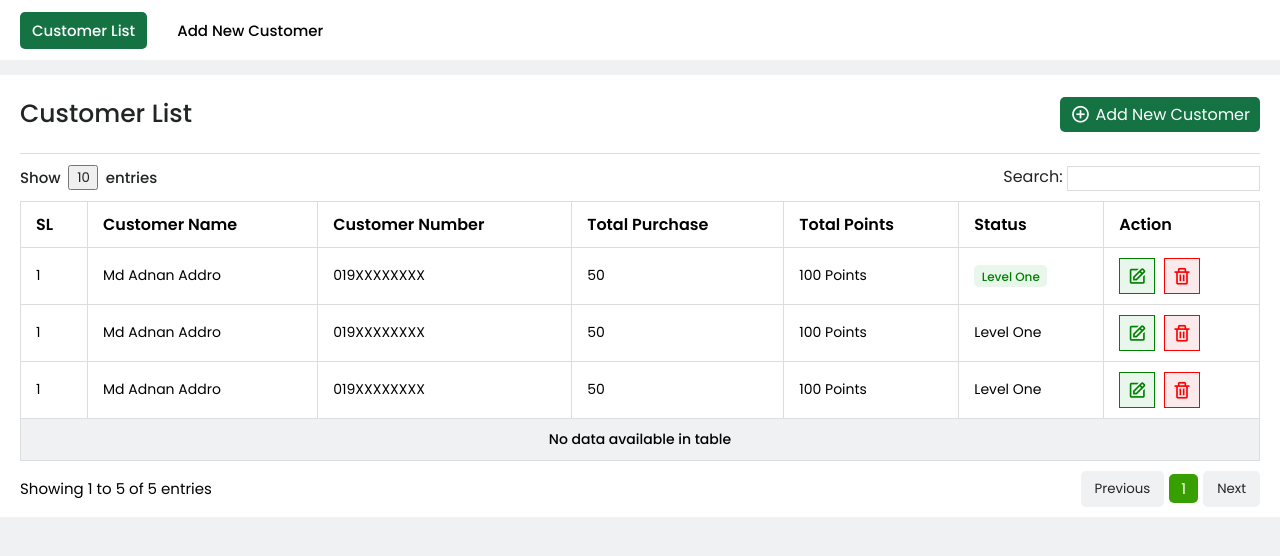
Repository: codebyaddro/customer-page
Page: customer.html
The author's editor kept a copy of each file at every save. The page is drawn from the files as they stood at one save, then again after a run of saves.
The browser window is 1280 px wide. The pictures show the whole page.

Above is the page before, as saved 2025-02-20 14:43:41.

### customer.html
<!DOCTYPE html>
<html lang="en">
<head>
    <meta charset="UTF-8">
    <meta name="viewport" content="width=device-width, initial-scale=1.0">
    <!-- CSS -->
    <link rel="stylesheet" href="css/customer.css">
    <!-- Icons -->
    <link href='https://unpkg.com/boxicons@2.1.4/css/boxicons.min.css' rel='stylesheet'>
    <title>Customer - Page</title>
</head>
<body style="background-color: var(--gray-white);">
    <div class="cba-customer-container">
        <div class="cba-cusc-top-menus">
            <ul>
                <li><a href="/index.html" class="cba-cusc-active-menu">Customer List</a></li>
                <li><a href="/inner-pages/html/anc.html" class="cba-cusc-light-up">Add New Customer</a></li>
            </ul>
        </div>
        <div class="cba-cusc-list-container">
            <div class="cba-cusc-heading-add-new-btn">
                <div class="cba-cusc-heading">
                    <h2>Customer List</h2>
                </div>
                <div class="cba-cusc-add-new-btn">
                    <i class='cba-cusc-add-icon bx bx-plus-circle'></i>
                    <a href="/inner-pages/html/anc.html">Add New Customer</a>
                </div>
            </div>
            <div class="cba-cusc-list-short-dpdwn-search-box">
                <div class="cba-cusc-list-short-dpdwn">
                    <h3>Show</h3>
                    <select name="10" id="">
                        <option value="">10</option>
                        <option value="">20</option>
                        <option value="">30</option>
                        <option value="">All</option>
                    </select>
                    <h3>entries</h3>
                </div>
                <div class="cba-cusc-search-box">
                    <legend>Search: <input type="text"></legend>
                </div>
            </div>
            <div class="cba-cusc-table-list">
                <table>
                    <thead>
                        <tr>
                            <th title="SL">SL</th>
                            <th title="Code">Customer Name</th>
                            <th title="Category Name">Customer Number</th>
                            <th title="Status">Total Purchase</th>
                            <th title="Status">Total Points</th>
                            <th title="Status">Status</th>
                            <th title="Action">Action</th>
                        </tr>
                    </thead>
                    <tbody>
                        <tr>
                            <td>1</td>
                            <td>Md Adnan Addro</td>
                            <td>019XXXXXXXX</td>
                            <td>50</td>
                            <td><span>100</span> Points</td>
                            <td><span class="cba-cusc-ls1">Level One</span></td>
                            <td>
                                <a title="Edit" href="#"><i class='cba-cusc-edit-icon bx bx-edit'></i></a>
                                <a title="Delete" href="#"><i class='cba-cusc-delete-icon bx bx-trash'></i></a>
                            </td>
                        </tr>
                        <tr>
                            <td>1</td>
                            <td>Md Adnan Addro</td>
                            <td>019XXXXXXXX</td>
                            <td>50</td>
                            <td><span>100</span> Points</td>
                            <td><span class="cba-cusc-ls2">Level One</span></td>
                            <td>
                                <a title="Edit" href="#"><i class='cba-cusc-edit-icon bx bx-edit'></i></a>
                                <a title="Delete" href="#"><i class='cba-cusc-delete-icon bx bx-trash'></i></a>
                            </td>
                        </tr>
                        <tr>
                            <td>1</td>
                            <td>Md Adnan Addro</td>
                            <td>019XXXXXXXX</td>
                            <td>50</td>
                            <td><span>100</span> Points</td>
                            <td><span class="cba-cusc-ls3">Level One</span></td>
                            <td>
                                <a title="Edit" href="#"><i class='cba-cusc-edit-icon bx bx-edit'></i></a>
                                <a title="Delete" href="#"><i class='cba-cusc-delete-icon bx bx-trash'></i></a>
                            </td>
                        </tr>
                        <tr class="cba-cusc-no-data-available">
                            <th colspan="7">No data available in table</th>
                        </tr>
                    </tbody>
                </table>
            </div>
            <div class="cba-cusc-entries-details-list-page-btn">
                <div class="cba-cusc-entries-details">
                    Showing <span>1</span> to <span>5</span> of <span>5</span> entries
                </div>
                <div class="cba-cusc-list-page-btn">
                    <button>Previous</button>
                    <h4><span>1</span></h4>
                    <button>Next</button>
                </div>
            </div>
        </div>
    </div>
</body>
</html>

### css/customer.css
/* -- fonts -- */
@import url('https://fonts.googleapis.com/css2?family=Poppins:ital,wght@0,100;0,200;0,300;0,400;0,500;0,600;0,700;0,800;0,900;1,100;1,200;1,300;1,400;1,500;1,600;1,700;1,800;1,900&family=Raleway:ital,wght@0,100..900;1,100..900&family=Roboto:ital,wght@0,100;0,300;0,400;0,500;0,700;0,900;1,100;1,300;1,400;1,500;1,700;1,900&family=VT323&display=swap');

/* -- root -- */

:root {
    --gray-white: #F0F1F2; /* For body*/
    --white: #FFFFFF;
    --black: #000000;
    --gray-black: #DDDDDD;
    --lt-black: #212523;
    --lt-black-op: #21252350;
    --main-green: #157343;
    --main-lt: #37A000;
    --lt-orange: #FD7E14;
    --green: #008000;
    --lt-green: #e9f6ec;
    --red: #FF0000;
    --lt-red: #fbeaec;
    --blue: #0000FF;
    --lt-blue: #e6e6ff;
}

/* --universal style -- */

* {
    margin: 0;
    padding: 0;
    box-sizing: border-box;
    font-family: "Poppins", serif;
}

/* -- website app text selection cursor style */

::selection {
    color: var(--white);
    background-color: var(--main-lt);
}

/* -- customer container style -- */

.cba-customer-container {
    width: 100%;
    /* margin-top: 25px; */
}

/* -- top menus style--  */

.cba-cusc-top-menus {
    background-color: var(--white);
    display: flex;
    justify-content: left;
    align-items: center;
    height: 60px;
    padding: 10px 40px;
    margin-bottom: 15px;
}

.cba-cusc-top-menus ul {
    list-style-type: none;
    display: flex;
    gap: 30px;
    margin-left: -20px;
}

.cba-cusc-top-menus ul li a {
    text-decoration: none;
    color: var(--black);
    font-size: 15px;
    font-weight: 500;
}

/* -- active menu style -- */

.cba-cusc-active-menu {
    color: var(--white)!important;
    background-color: var(--main-green);
    padding: 8px 12px;
    border-radius: 5px;
}

/* -- menu hover style -- */

.cba-cusc-light-up:hover {
    color: var(--lt-orange);
}

/* -- list container style -- */

.cba-cusc-list-container {
    background-color: var(--white);
    padding: 0px 20px;
}

/* -- heading-add-new-btn style -- */

.cba-cusc-heading-add-new-btn {
    display: flex;
    justify-content: space-between;
    align-items: center;
    border-bottom: 1px solid var(--gray-black);
    padding: 20px 0px;
}

.cba-cusc-heading h2 {
    color: var(--lt-black);
    font-size: 25px;
    font-weight: 500;
}

/* -- add-new-btn style -- */

.cba-cusc-add-new-btn {
    display: flex;
    gap: 5px;
    justify-content: baseline;
    align-items: center;
}

.cba-cusc-add-new-btn {
    background-color: var(--main-green);
    padding: 5px 10px;
    border-radius: 5px;
}

.cba-cusc-add-new-btn a {
    color: var(--white);
    text-decoration: none;
}

.cba-cusc-add-icon {
    color: var(--white);
    font-size: 20px;
}

/* -- list-short-dpdwn-search-box style -- */

.cba-cusc-list-short-dpdwn-search-box {
    display: flex;
    justify-content: space-between;
    align-items: center;
    padding: 10px 0px;
}

/* -- list-short-dpdwn style -- */

.cba-cusc-list-short-dpdwn {
    display: flex;
    gap: 7.5px;
    align-items: center;
}

.cba-cusc-list-short-dpdwn h3 {
    color: var(--lt-black);
    font-size: 15px;
    font-weight: 500;
}

.cba-cusc-list-short-dpdwn select {
    color: var(--lt-black);
    appearance: none;
    height: 25px;
    width: 30px;
    padding-left: 8px;
    outline: none;
    border-radius: 2.5px;
}

/* -- search-box style -- */

.cba-cusc-search-box {
    display: flex;
    align-items: center;
}

.cba-cusc-search-box legend {
    color: var(--lt-black);
}

.cba-cusc-search-box input {
    outline: none;
    height: 25px;
    width: 193px;
    border: 1px solid var(--gray-black);
}

/* -- table-list style --*/

table {
    border-collapse: collapse;
    width: 100%;
}

@media (max-width: 768px) {
    table {
        width: 100%;
        padding: 0rem;
        display: block;
        overflow-x: scroll;
        overflow-y: hidden;
        scrollbar-width: thin;
        scrollbar-color: var(--black);
    }
}

/* -- thead style -- */

thead {
    cursor: pointer;
}

th, td {
    border: 1px solid var(--gray-black);
    padding: 10px 15px;
}

thead tr th {
    font-size: 1rem;
    font-weight: 600;
    text-align: left;
}

tbody tr td {
    font-size: 0.875rem;
}

tbody tr:hover {
    background-color: var(--gray-white);
}

/* -- tbody style -- */

/* status style */

.cba-cusc-ls1 {
    color: var(--green);
    background-color: var(--lt-green);
    font-size: 12px;
    font-weight: 500;
    padding: 2.5px 7.5px;
    border-radius: 5px;
}

.cba-cusc- {
    color: var(--red);
    background-color: var(--lt-red);
    font-size: 12px;
    font-weight: 500;
    padding: 2.5px 7.5px;
    border-radius: 5px;
}

/* -- action style -- */

.cba-cusc-edit-icon {
    color: var(--green);
    background-color: var(--lt-green);
    padding: 7px 7px;
    margin-right: 2.5px;
    border: 1px solid var(--green);
    font-size: 20px;
}

.cba-cusc-edit-icon:hover {
    background-color: var(--lt-black-op);
}

.cba-cusc-delete-icon {
    color: var(--red);
    background-color: var(--lt-red);
    padding: 7px 7px;
    margin-left: 2.5px;
    border: 1px solid var(--red);
    font-size: 20px;
}

.cba-cusc-delete-icon:hover {
    background-color: var(--lt-black-op);
}

/* -- no data style */

.cba-cusc-no-data-available th {
    font-size: 14px;
    font-weight:500;
    color: var(--black);
    background-color: var(--gray-white);
}

/* -- entries-details-list-page-btn style -- */

.cba-cusc-entries-details-list-page-btn {
    display: flex;
    justify-content: space-between;
    align-items: center;
    padding: 10px 0px;
}

.cba-cusc-entries-details {
    color: var(--black);
    font-size: 15px;
}

.cba-cusc-list-page-btn {
    display: flex;
    gap: 5px;
    align-items: center;
}

.cba-cusc-list-page-btn button {
    color: var(--lt-black);
    background-color: var(--gray-white);
    padding: 8px 14px;
    border: none;
    border-radius: 5px;
    cursor: pointer;
}

.cba-cusc-list-page-btn > h4 {
    color: var(--white);
    background-color: var(--main-lt);
    font-size: 15px;
    font-weight: 400;
    padding: 3px 12px;
    border-radius: 5px;
}

After the next 2 saves:
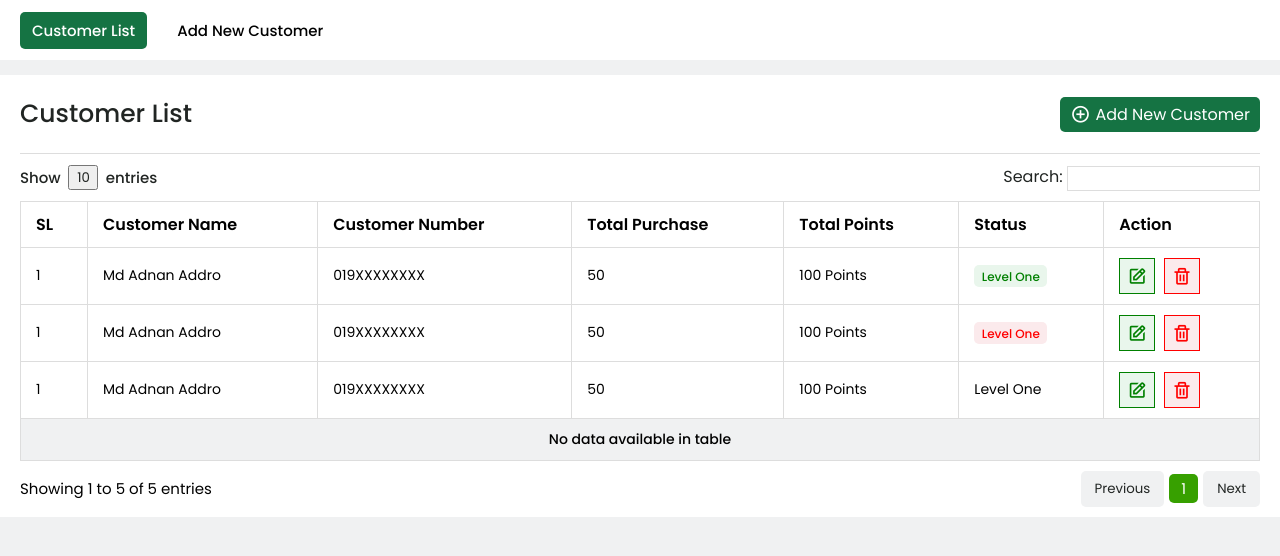
The 2 saves are shown as one change because they came seconds apart.
The last was saved 5 s later.
--- a/css/customer.css
+++ b/css/customer.css
@@ -241,7 +241,7 @@ tbody tr:hover {
     border-radius: 5px;
 }
 
-.cba-cusc- {
+.cba-cusc-ls2 {
     color: var(--red);
     background-color: var(--lt-red);
     font-size: 12px;
